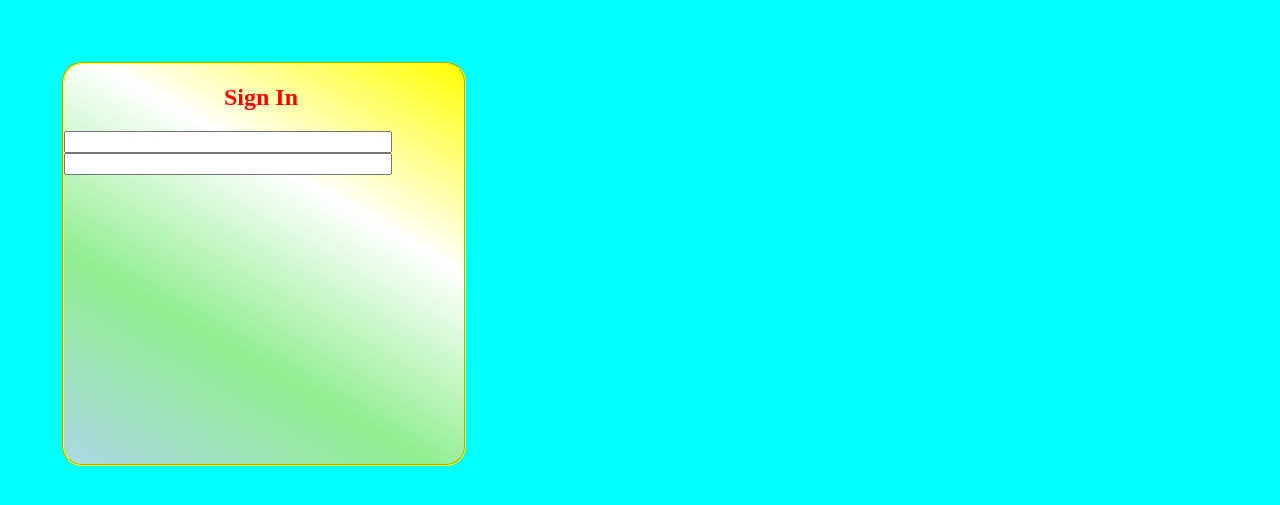
Repository: Amani-Kibet/express-app-web
Page: public/Card.html
An editor plug-in stored every save of this project. The page is shown before and after the next save, followed by the edit.
The browser window is 1280 px wide. The pictures show the whole page.

Above is the page before, as saved 2025-09-25 21:17:52.

### public/Card.html
<!DOCTYPE html>
<head>
  <title> Login Page</title>
  <style>
  #board{
    background: linear-gradient(30deg, lightblue, lightgreen, white, yellow);
    width: 25rem;
    height: 25rem;
    border-radius: 18px;
    outline: 2px groove yellow;
    position: absolute;
    top: 4rem;
    left: 4rem;
  }
  h2{
    color: red;
    position: relative;
    left: 10rem
  }
  .inputs{
    width: 20rem;
    height: 1rem;

  }
  </style>
</head>
<body bgColor="cyan">
  <div id="board">
    <h2>Sign In</h2>
    <input type="number" class="inputs" id="phoneI">
    <input type="password" class="inputs" id="passI">
  </div>
</body>
<script>
  let input1= document.getElementById("input1");
  let btn1= document.getElementById("btn1");

  function f1(){
    let file= input1.files[0];
    let env= new FormData();
    env.append("image", file)

    fetch("http://localhost:3000/path1", {
      method: "POST",
      body: env
    })
  }


</script>
</html>

After the next save:
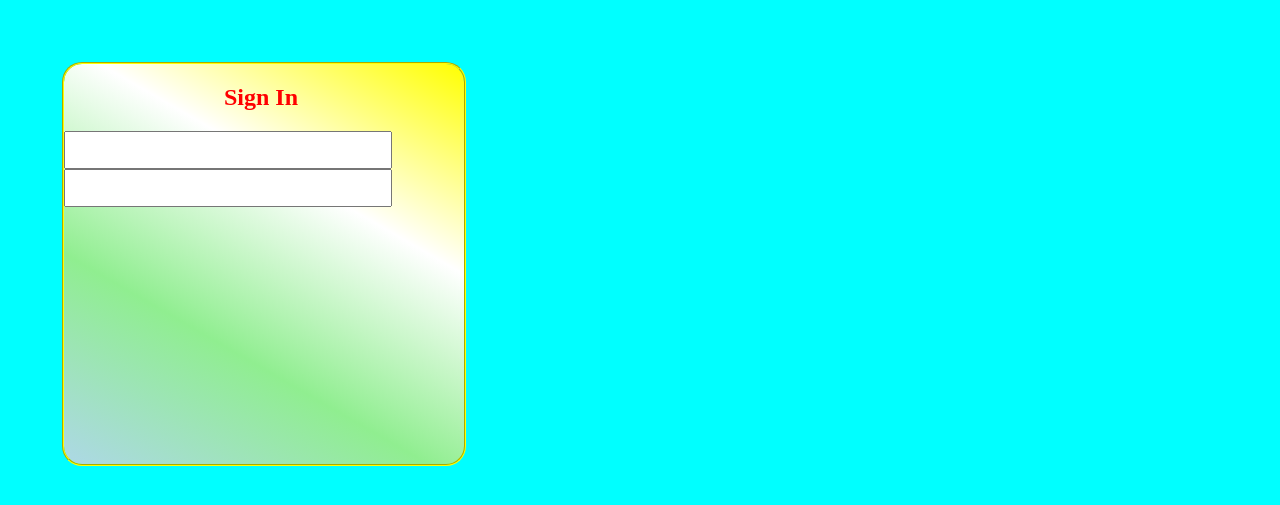
Saved 6 s later.
--- a/public/Card.html
+++ b/public/Card.html
@@ -19,7 +19,7 @@
   }
   .inputs{
     width: 20rem;
-    height: 1rem;
+    height: 2rem;
 
   }
   </style>
